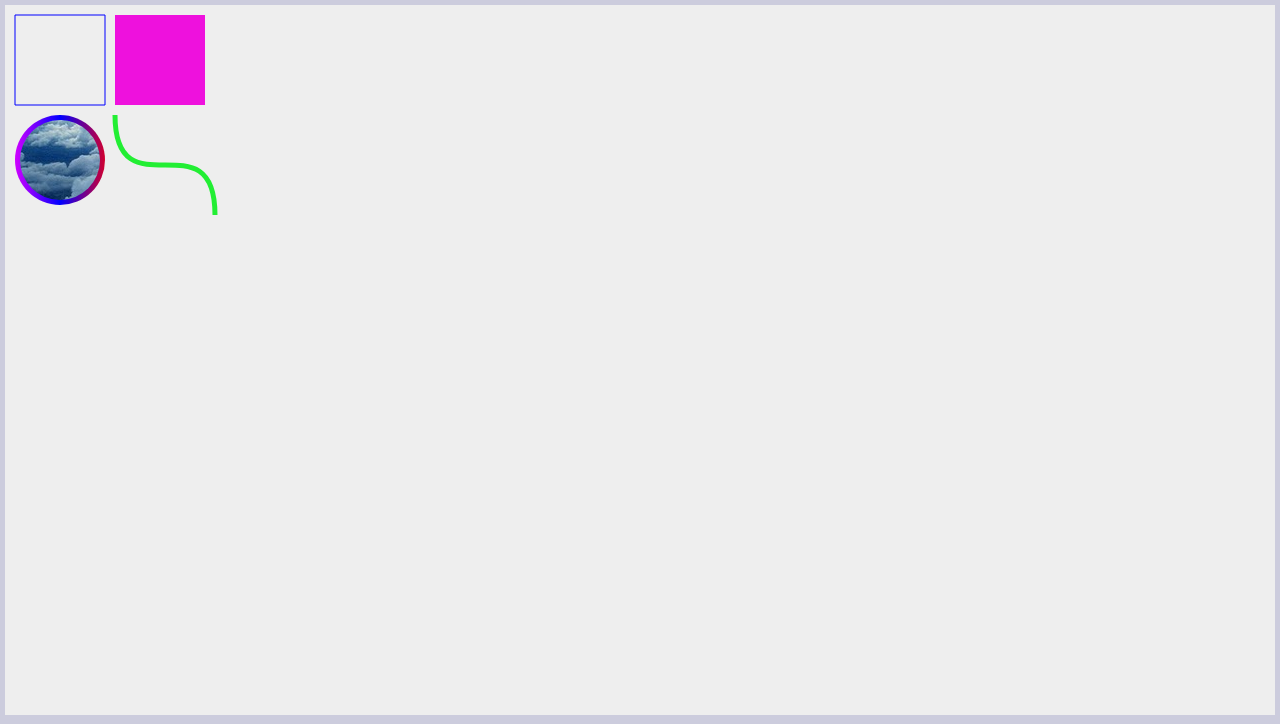
Repository: danielrcardenas/siggraph_examples
Page: workspace/GraphicsExample3/assets/www/index.html
An editor plug-in stored every save of this project. The page is shown before and after the next save, followed by the edit.
The browser window is 1280 px wide. The pictures show the whole page.

Above is the page before, as saved 2013-07-22 16:29:38.

After the next save:
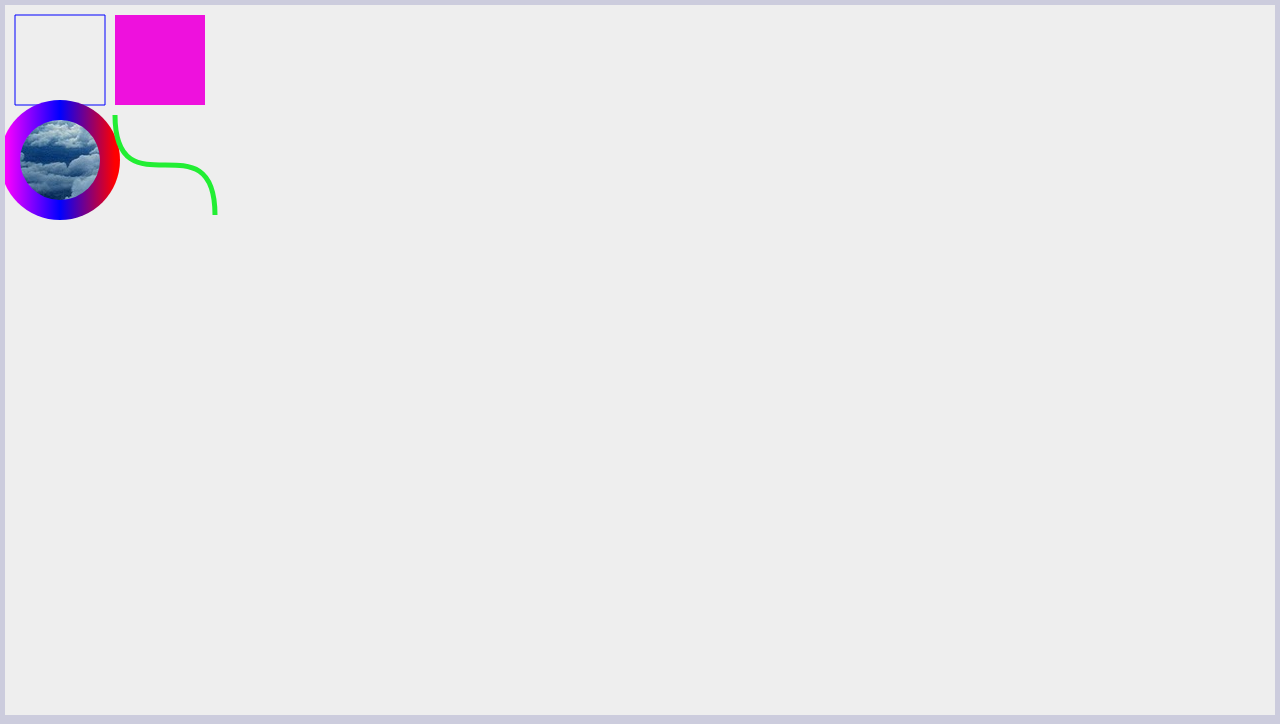
Saved 33 s later.
--- a/workspace/GraphicsExample3/assets/www/index.html
+++ b/workspace/GraphicsExample3/assets/www/index.html
@@ -56,7 +56,7 @@
 
 			context.fillStyle=gradient;
 			context.beginPath();
-			context.arc(55,155,45,0,2*Math.PI);
+			context.arc(55,155,60,0,2*Math.PI);
 			context.fill();
 
 			// stroked bezier
